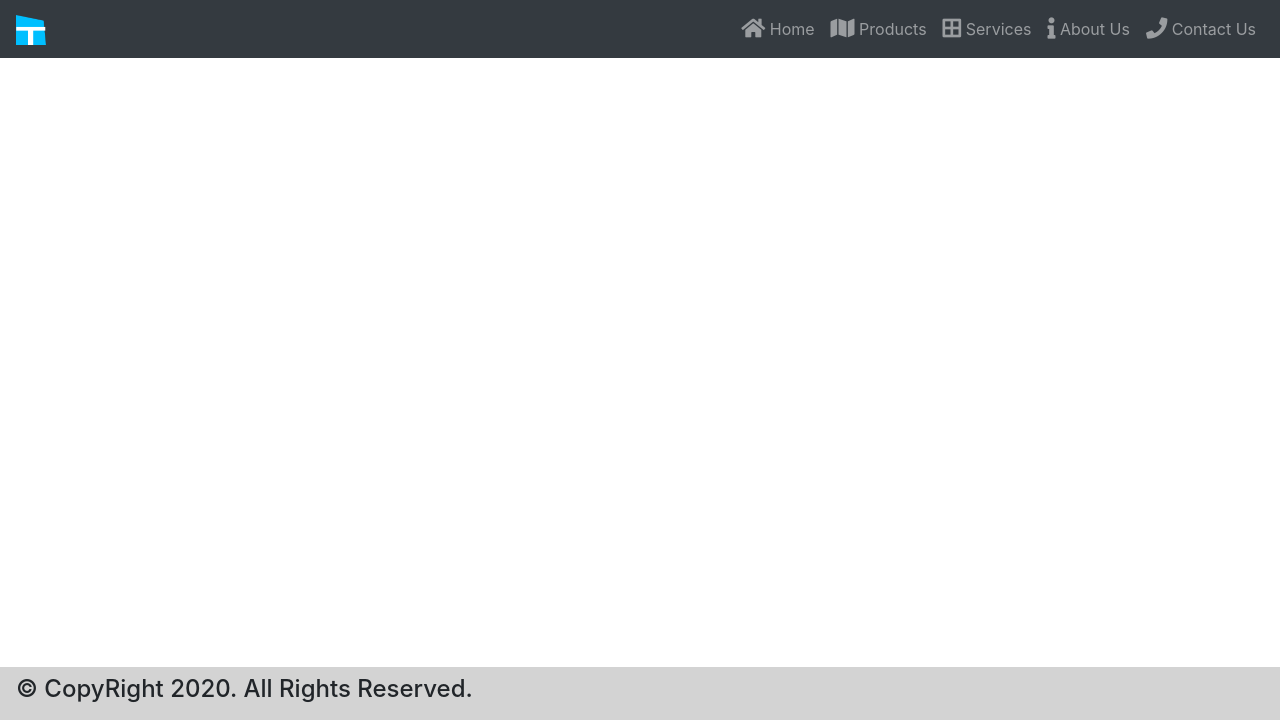
Repository: CentennialCollege/COMP125-M2020-Lesson10
Page: index.html
These files come from the project's save history. The page is drawn as it stood at one moment and after the next save; the edit follows.
The browser window is 1280 px wide. The pictures show the whole page.

Above is the page before, as saved 2020-07-22 15:50:23.

### index.html
<!DOCTYPE html>
<html lang="en">
<head>
    <meta charset="UTF-8">
    <meta name="viewport" content="width=device-width, initial-scale=1.0">
    <title>Home</title>
    <!-- CSS Section -->
    <link rel="stylesheet" href="./node_modules/bootstrap/dist/css/bootstrap.min.css">
    <link rel="stylesheet" href="./node_modules/@fortawesome/fontawesome-free/css/all.min.css">
    <link rel="stylesheet" href="./Contents/app.css">

</head>
<body>

    <!-- Main Navigation -->
    <header></header>

    <main></main>

    <footer></footer>


    <!-- JavaScript Section -->

    <!-- 3rd Party JavaScript Libraries -->
    <script src="./node_modules/jquery/dist/jquery.min.js"></script>
    <script src="./node_modules/bootstrap/dist/js/bootstrap.min.js"></script>

    <!-- App Scripts -->
    <script src="./Scripts/contact.js"></script>

    <script src="./Scripts/app.js"></script>
</body>
</html>

### Contents/app.css
/* custom CSS goes here */

### Scripts/contact.js
// IIFE module
"use strict";
let objects;
(function(objects)
{
    class Contact
    {
        constructor(firstName="", lastName="", emailAddress="", contactNumber="", shortMessage="")
        {
            this.firstName = firstName;
            this.lastName = lastName;
            this.emailAddress = emailAddress;
            this.contactNumber = contactNumber;
            this.shortMessage = shortMessage;
        }

        toString()
        {
            let outputstring = "";
            outputstring += "First Name    : " + this.firstName + "\n";
            outputstring += "Last Name     : " + this.lastName + "\n";
            outputstring += "Email Address : " + this.emailAddress + "\n";
            outputstring += "Contact Number: " + this.contactNumber + "\n";
            outputstring += "Short Message : " + this.shortMessage + "\n";
            return outputstring;
        }

        toJSON()
        {
            let JSONObject =
            {
                firstName: this.firstName,
                lastName: this.lastName,
                emailAddress: this.emailAddress,
                contactNumber: this.contactNumber,
                shortMessage: this.shortMessage,
            };

            return JSONObject;
        }

        setContact(JSON_Data)
        {
            this.firstName = JSON_Data.firstName;
            this.lastName = JSON_Data.lastName;
            this.emailAddress = JSON_Data.emailAddress;
            this.contactNumber = JSON_Data.contactNumber;
            this.shortMessage = JSON_Data.shortMessage;
        }


    }
    objects.Contact = Contact;

}(objects || (objects = {})));

### Scripts/app.js
"use strict";

// IIFE -Immediately Ivoked Function Expression
(function(){

    function highlightActiveLink(id)
    {
        let navAnchors = document.querySelectorAll("li a");

        for (const anchor of navAnchors)
        {
         anchor.className = "nav-link";
        }

        for (const anchor of navAnchors)
        {
            let anchorString = anchor.getAttribute("id");

            if (id === anchorString)
            {
                anchor.className = "nav-link active";
            }
        }
    }


    function validateForm()
    {
        let contact = new objects.Contact();

        let contactForm = document.forms[0];

        contactForm.noValidate = true;

        let errorMessage = document.getElementById("errorMessage");

        let firstName = document.getElementById("firstName");
        firstName.addEventListener("blur", (event) =>
        {
            if(firstName.value.length < 2)
            {
                firstName.focus();
                errorMessage.hidden = false;
                errorMessage.textContent = "Please enter a Valid First Name with a length of 2 or more characters";
            }
            else
            {
                contact.firstName = firstName.value;
                errorMessage.hidden = true;
            }
        });

        let lastName = document.getElementById("lastName");
        lastName.addEventListener("blur", (event) =>
        {
            if(lastName.value.length < 2)
            {
                lastName.focus();
                errorMessage.hidden = false;
                errorMessage.textContent = "Please enter a Valid Last Name with a length of 2 or more characters";
            }
            else
            {
                contact.lastName = lastName.value;
                errorMessage.hidden = true;
            }
        });

        let contactNumber = document.getElementById("contactNumber");
        contactNumber.addEventListener("blur", (event) =>
        {
            let contactNumberPattern = /^\D?(\d{3})\D?\D?(\d{3})\D?(\d{4})$/;
            if(!contactNumberPattern.test(contactNumber.value))
            {
                contactNumber.focus();
                errorMessage.hidden = false;
                errorMessage.textContent = "Please enter a Valid Contact Number";
            }
            else
            {
                contact.contactNumber = contactNumber.value;
                errorMessage.hidden = true;
            }

        });

        let emailAddress = document.getElementById("emailAddress");
        emailAddress.addEventListener("blur", (event) =>
        {
            let emailPattern = /^([a-zA-Z0-9_\-\.]+)@((\[[0-9]{1,3}\.[0-9]{1,3}\.[0-9]{1,3}\.)|(([a-zA-Z0-9\-]+\.)+))([a-zA-Z]{2,4}|[0-9]{1,3})(\]?)$/;
            if(!emailPattern.test(emailAddress.value))
            {
                emailAddress.focus();
                errorMessage.hidden = false;
                errorMessage.textContent = "Please enter a Valid email address";
            }
            else
            {
                contact.emailAddress = emailAddress.value;
                errorMessage.hidden = true;
            }

        });

        let shortMessage = document.getElementById("shortMessage");
        shortMessage.addEventListener("blur", (event) => {
            contact.shortMessage = shortMessage.value;
        });

        // creates a "hook" or reference to the button element with an id of "submitButton"
        let submitButton = document.getElementById("submitButton");

        submitButton.addEventListener("click", (event) =>
        {
            event.preventDefault();
            console.log("Submit Button Clicked");

            console.log(contact.toString());

            console.log(contact.toJSON());

        });
    }

    function loadHeader()
    {
        console.info("Header Loading...");

        // step 1 - creates the XHR object
        let XHR = new XMLHttpRequest();

        // step 2 - configures the message
        XHR.open("GET", "./Views/partials/header.html");

        // step 3 - Executes the request
        XHR.send();

        XHR.addEventListener("readystatechange", function(){
            if((XHR.readyState === 4) && (XHR.status === 200))
            {
                let header = document.getElementsByTagName("header")[0];

                let headerData = XHR.responseText;

                header.innerHTML = headerData;

                let navLinks = document.getElementsByTagName("a");

                for (const link of navLinks)
                {
                    link.addEventListener("click", (event) =>{
                        event.preventDefault();

                        let id = link.getAttribute("id");

                        document.title = id;

                        window.history.pushState("", id, "/"+id.toLowerCase());

                        highlightActiveLink(id);

                         // content switcher
                        switch(id)
                        {
                            case "Home":
                                HomeContent();
                                break;
                            case "Contact":
                                ContactContent();
                                break;
                            case "Products":
                                ProductsContent();
                                break;
                            case "Services":
                                ServicesContent();
                                break;
                            case "About":
                                AboutContent();
                                break;
                        }

                    });
                }
            }
        });
    }

    function loadAddressBookData()
    {
        console.info("AddressBook Loading...");

        // step 1 - creates the XHR object
        let XHR = new XMLHttpRequest();

        // step 2 - configures the message
        XHR.open("GET", "./Data/addressbook.json");

        // step 3 - Executes the request
        XHR.send();

        // step 4 - register the readystate event
        XHR.addEventListener("readystatechange", function(){
            if((XHR.readyState === 4) && (XHR.status === 200))
            {

                let dataFile = JSON.parse(XHR.responseText);
                let addressBook = dataFile.addressBook;

                console.log(addressBook);

                let contactList = [];
                // let contactList = new Array<objects.Contact>();

                for (const record of addressBook)
                {
                    let contact = new objects.Contact();
                    contact.setContact(record);
                    contactList.push(contact);
                }

                console.log(contactList);

                let tableBody = document.getElementById("tableBody");
                for (const contact of contactList)
                {
                    let row = document.createElement('tr');
                    row.innerHTML =
                    `
                    <td>${contact.firstName}</td>
                    <td>${contact.lastName}</td>
                    <td>${contact.contactNumber}</td>
                    <td>${contact.emailAddress}</td>
                    `
                    tableBody.appendChild(row);
                }


            }
        });
    }

    function loadFooter()
    {
        console.info("Footer Loading...");

        // step 1 - creates the XHR object
        let XHR = new XMLHttpRequest();

        // step 2 - configures the message
        XHR.open("GET", "./Views/partials/footer.html");

        // step 3 - Executes the request
        XHR.send();

        XHR.addEventListener("readystatechange", function(){
            if((XHR.readyState === 4) && (XHR.status === 200))
            {
                let footer = document.getElementsByTagName("footer")[0];

                let footerData = XHR.responseText;

                footer.innerHTML = footerData;
            }
        });
    }

    function AboutContent()
    {
        console.info("About Content Loading...");

        // step 1 - creates the XHR object
        let XHR = new XMLHttpRequest();

        // step 2 - configures the message
        XHR.open("GET", "./Views/content/about.html");

        // step 3 - Executes the request
        XHR.send();

        XHR.addEventListener("readystatechange", function(){
            if((XHR.readyState === 4) && (XHR.status === 200))
            {
                let main = document.getElementsByTagName("main")[0];

                let mainData = XHR.responseText;

                main.innerHTML = mainData;
            }
        });
    }

    function ContactContent()
    {
        console.info("Contact Content Loading...");

        // step 1 - creates the XHR object
        let XHR = new XMLHttpRequest();

        // step 2 - configures the message
        XHR.open("GET", "./Views/content/contact.html");

        // step 3 - Executes the request
        XHR.send();

        XHR.addEventListener("readystatechange", function(){
            if((XHR.readyState === 4) && (XHR.status === 200))
            {
                let main = document.getElementsByTagName("main")[0];

                let mainData = XHR.responseText;

                main.innerHTML = mainData;

                validateForm();
            }
        });
    }

    function HomeContent()
    {
        console.info("Home Content Loading...");

        // step 1 - creates the XHR object
        let XHR = new XMLHttpRequest();

        // step 2 - configures the message
        XHR.open("GET", "./Views/content/home.html");

        // step 3 - Executes the request
        XHR.send();

        XHR.addEventListener("readystatechange", function(){
            if((XHR.readyState === 4) && (XHR.status === 200))
            {
                let main = document.getElementsByTagName("main")[0];

                let mainData = XHR.responseText;

                main.innerHTML = mainData;
            }
        });
    }

    function ProductsContent()
    {
        console.info("Products Content Loading...");

        // step 1 - creates the XHR object
        let XHR = new XMLHttpRequest();

        // step 2 - configures the message
        XHR.open("GET", "./Views/content/products.html");

        // step 3 - Executes the request
        XHR.send();

        XHR.addEventListener("readystatechange", function(){
            if((XHR.readyState === 4) && (XHR.status === 200))
            {
                let main = document.getElementsByTagName("main")[0];

                let mainData = XHR.responseText;

                main.innerHTML = mainData;

                loadAddressBookData();
            }
        });
    }

    function ServicesContent()
    {
        console.info("Services Content Loading...");

        // step 1 - creates the XHR object
        let XHR = new XMLHttpRequest();

        // step 2 - configures the message
        XHR.open("GET", "./Views/content/services.html");

        // step 3 - Executes the request
        XHR.send();

        XHR.addEventListener("readystatechange", function(){
            if((XHR.readyState === 4) && (XHR.status === 200))
            {
                let main = document.getElementsByTagName("main")[0];

                let mainData = XHR.responseText;

                main.innerHTML = mainData;
            }
        });
    }


    // named function
    function Start()
    {
        console.log('%cApp Started...', "color:white; font-size: 24px;");

        loadHeader();


        loadFooter();

    }



    window.addEventListener("load", Start);

})();

### Views/partials/header.html
<nav class="navbar navbar-expand-lg navbar-dark bg-dark">

    <a id="Home" class="navbar-brand" href="#">
      <img src="./Assets/images/logo.png" width="30" height="30" alt="Logo" loading="lazy">
    </a>

    <button class="navbar-toggler" type="button" data-toggle="collapse" data-target="#navbarSupportedContent" aria-controls="navbarSupportedContent" aria-expanded="false" aria-label="Toggle navigation">
      <span class="navbar-toggler-icon"></span>
    </button>

    <div class="collapse navbar-collapse" id="navbarSupportedContent">
      <ul class="navbar-nav ml-auto">
        <li class="nav-item">
          <a id="Home" class="nav-link" href="#"><i class="fas fa-home fa-lg"></i> Home</a>
        </li>

        <li class="nav-item">
          <a id="Products" class="nav-link" href="#"><i class="fas fa-map fa-lg"></i> Products</a>
        </li>

        <li class="nav-item">
            <a id="Services" class="nav-link" href="#"><i class="fas fa-border-all fa-lg"></i> Services</a>
        </li>

        <li class="nav-item">
        <a id="About" class="nav-link" href="#"><i class="fas fa-info fa-lg"></i> About Us</a>
        </li>

        <li class="nav-item">
        <a id="Contact" class="nav-link" href="#"><i class="fas fa-phone fa-lg"></i> Contact Us</a>
        </li>
      </ul>
    </div>
  </nav>

### Views/partials/footer.html
<nav class="navbar fixed-bottom navbar-light" style="background-color: lightgray;">
    <h4>&copy; CopyRight 2020. All Rights Reserved.</h4>
</nav>

### Views/content/home.html
<div class="container">
    <div class="jumbotron">
        <h1 class="display-4">Welcome</h1>

      </div>
</div>

Loaded but not shown: node_modules/bootstrap/dist/css/bootstrap.min.css (library); node_modules/@fortawesome/fontawesome-free/css/all.min.css (library); node_modules/jquery/dist/jquery.min.js (library); node_modules/bootstrap/dist/js/bootstrap.min.js (library)

After the next save:
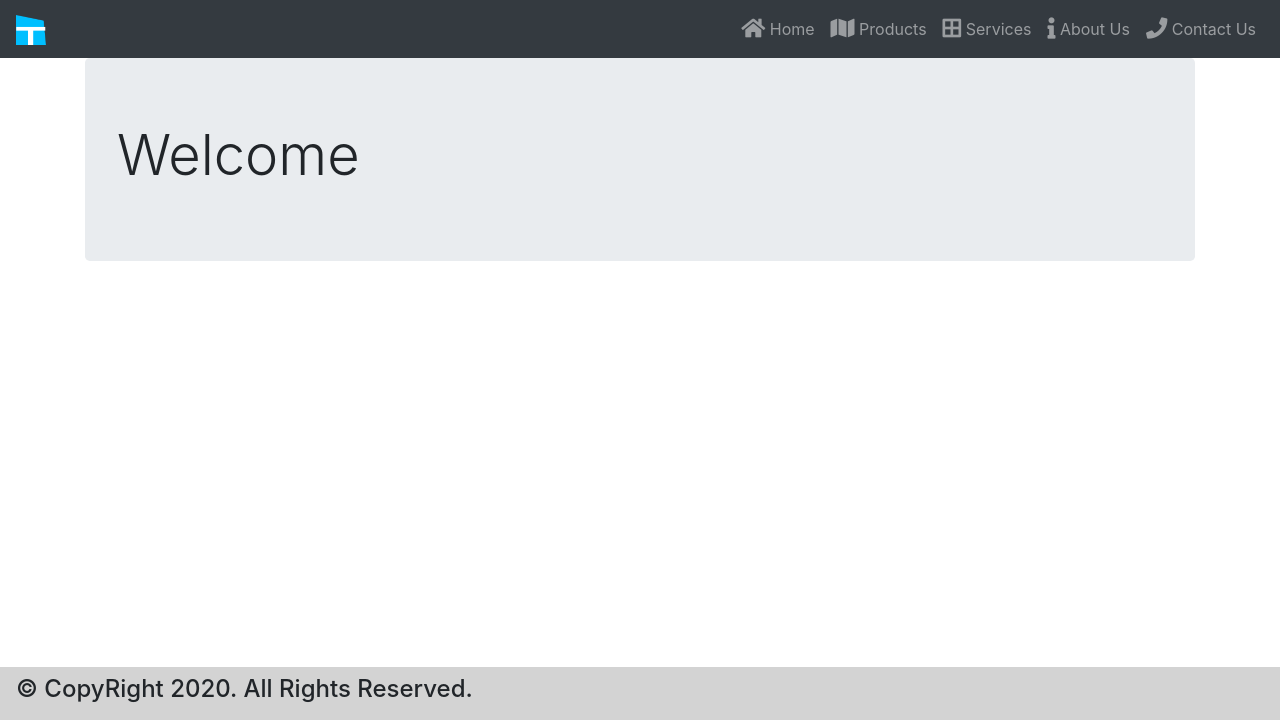
Saved 95 s later.
--- a/Scripts/app.js
+++ b/Scripts/app.js
@@ -399,9 +399,10 @@
     {
         console.log('%cApp Started...', "color:white; font-size: 24px;");
 
+        HomeContent();
+
         loadHeader();
 
-
         loadFooter();
 
     }
